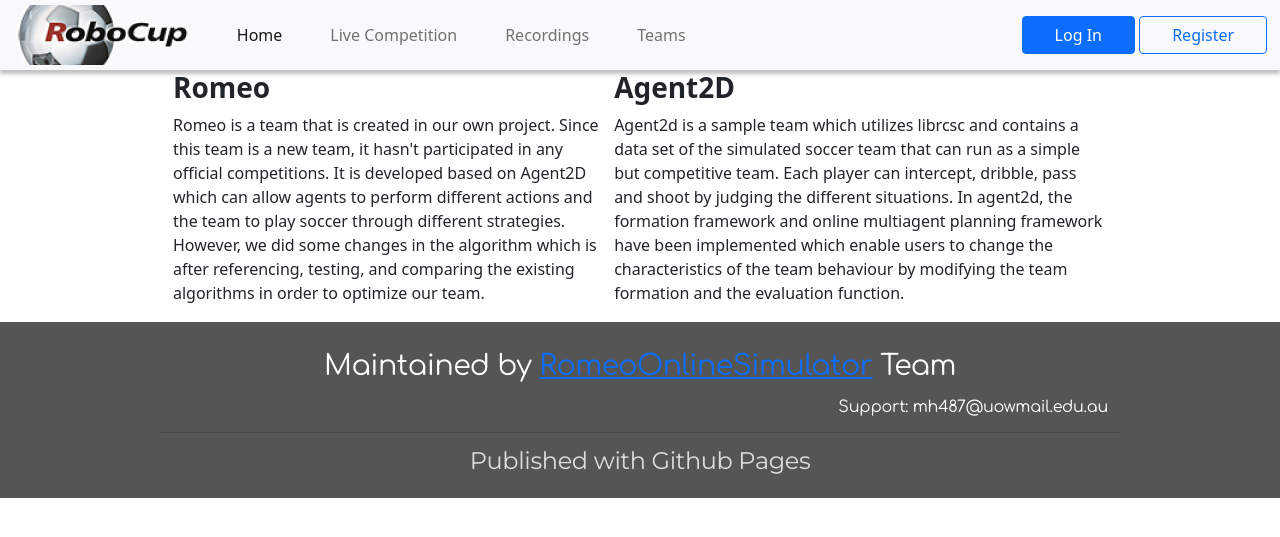
Repository: romeoonlinesim/romeoonlinesim.github.io
Page: teams.html
These files come from the project's save history. The page is drawn as it stood at one moment and after a run of saves; the edit follows.
The browser window is 1280 px wide. The pictures show the whole page.

Above is the page before, as saved 2021-05-18 16:28:43.

### teams.html
<!DOCTYPE html PUBLIC "-//W3C//DTD XHTML 1.0 Strict//EN"
"http://www.w3.org/TR/xhtml1/DTD/xhtml1-strict.dtd">
<html xmlns="http://www.w3.org/1999/xhtml">
<head>
<title>Robocup</title>
    <meta http-equiv="content-type" content="text/html; charset=iso-8859-1" />
    <link href="https://cdn.jsdelivr.net/npm/bootstrap@5.0.1/dist/css/bootstrap.min.css" rel="stylesheet" integrity="sha384-+0n0xVW2eSR5OomGNYDnhzAbDsOXxcvSN1TPprVMTNDbiYZCxYbOOl7+AMvyTG2x" crossorigin="anonymous">
    <link rel="stylesheet"
          href="https://fonts.googleapis.com/css?family=Montserrat">

    <link rel="stylesheet"
          href="https://fonts.googleapis.com/css?family=Comfortaa">


    <style>
        .navbar {
            padding-left:1%;
            padding-right:1%;
            padding-top: 0%;
            padding-bottom:0%;
            box-shadow: 0px 4px 4px rgba(0, 0, 0, 0.25);
        }

        .navbar-nav > li{
            padding-left:16px;
            padding-right:16px;
        }

        .navbar-right > a {
            padding-left:32px;
            padding-right:32px;
        }

        .background-img {
            max-width: 100%;
            height: auto;
        }

        /*.img {
            max-width: 50%;
            height:auto;
        }*/

        .text {
            align-items: center;
            display:grid;
            grid-row-gap: 0%;
        }

        h3 {
            font-weight: bold;
        }

        .para {
            font-family: Montserrat;
            font-style: normal;
            font-weight: normal;
            font-size: 36px;
            line-height: 50px;
            /* or 139% */

            letter-spacing: -0.015em;

            color: rgba(0, 0, 0, 0.8);
        }

        .row {
            padding-bottom: 3%;
        }

        .no-padding {
            padding-bottom: 1%;
        }

        .right {
            text-align: right;
            float: right;
        }

        .grey {
            background: #F5F5F5;
        }

        .container-fluid {
            max-width: 75%;
        }

        .footer {
            background: #555555;
        }

        .support-text {

            font-family: Comfortaa;
            font-style: normal;
            font-weight: normal;
            font-size: 28.4444px;
            line-height: 32px;

            align-items: center;
            text-align: center;
            letter-spacing: -0.015em;

            color: #FFFFFF;
        }

        .support-email {
            font-family: Comfortaa;
            font-style: normal;
            font-weight: normal;
            font-size: 16px;
            line-height: 18px;
            align-items: center;
            text-align: right;
            letter-spacing: -0.015em;

            color: #FFFFFF;
        }

        .github-text {
            font-family: Montserrat;
            font-style: normal;
            font-weight: normal;
            font-size: 24px;
            line-height: 24px;

            text-align: center;
            letter-spacing: -0.015em;

            color: rgba(255, 255, 255, 0.8);
        }
    </style>
</head>

<body>
    <div class="navbar navbar-expand-lg navbar-light bg-light">
        <a href="#default" class = "navbar-brand">
            <img src="img/logo.png">
        </a>
        <div class="collapse navbar-collapse" id="navbarSupportedContent">
            <ul class="navbar-nav mr-auto">
                <li class="nav-item">
                    <a class="nav-link active" href="#home">Home</a>
                </li>
                <li class="nav-item">
                    <a class="nav-link" href="#livecompetition">Live Competition</a>
                </li>
                <li class="nav-item">
                    <a class="nav-link" href="#recording">Recordings</a>
                </li>
                <li class="nav-item">
                    <a class="nav-link" href="#team">Teams</a>
                </li>
            </ul>
        </div>
        <div class="navbar-right">
            <a href="#login" class="btn btn-primary">Log In</a>
            <a href="#register" class="btn btn-outline-primary">Register</a>
        </div>
    </div>

    <div class="container-fluid">
        <table>
            <tr>
                <td>
                    <div>
                        <h3>Romeo</h3>
                        <p>Romeo is a team that is created in our own project. Since this team is a new team, it hasn't participated in any official competitions. It is developed based on Agent2D which can allow agents to perform different actions and the team to play soccer through different strategies. However, we did some changes in the algorithm which is after referencing, testing, and comparing the existing algorithms in order to optimize our team. </p>
                    </div>
                </td>
                <td>
                    <div>
                        <h3>Agent2D</h3>
                        <p>Agent2d is a sample team which utilizes librcsc and contains a data set of the simulated soccer team that can run as a simple but competitive team. Each player can intercept, dribble, pass and shoot by judging the different situations. In agent2d, the formation framework and online multiagent planning framework have been implemented which enable users to change the characteristics of the team behaviour by modifying the team formation and the evaluation function.</p>
                    </div>
                </td>

            </tr>
            <tr>

            </tr>
        </table>
    </div>

    <div class="footer">
        <div class="container-fluid">
            <div class="row"></div>
            <div class="no-padding row">
                <p class="support-text">Maintained by <a href="#">RomeoOnlineSimulator</a> Team</p>
                <p class="support-email ml-auto">Support: mh487@uowmail.edu.au </p>
                <hr>
                <p class="github-text">Published with Github Pages</p>
            </div>
        </div>
    </div>
</body>
</html>

After the next 2 saves:
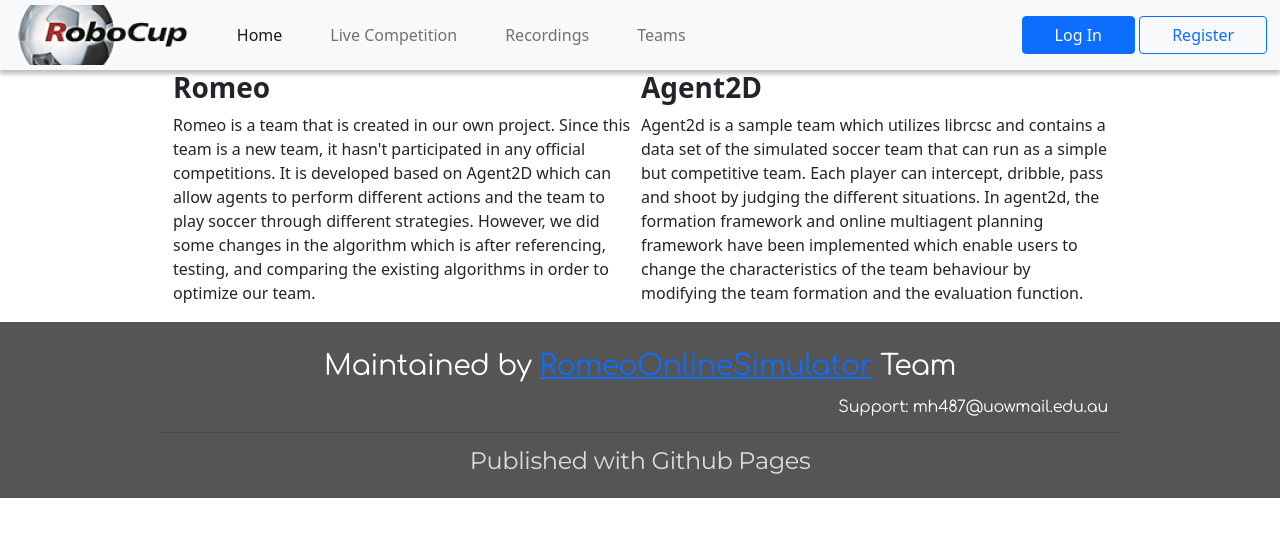
The 2 saves are shown as one change because they came seconds apart.
The last was saved 70 s later.
--- a/teams.html
+++ b/teams.html
@@ -128,6 +128,10 @@
             letter-spacing: -0.015em;
 
             color: rgba(255, 255, 255, 0.8);
+        }
+
+        td {
+            width: 50%;
         }
     </style>
 </head>
